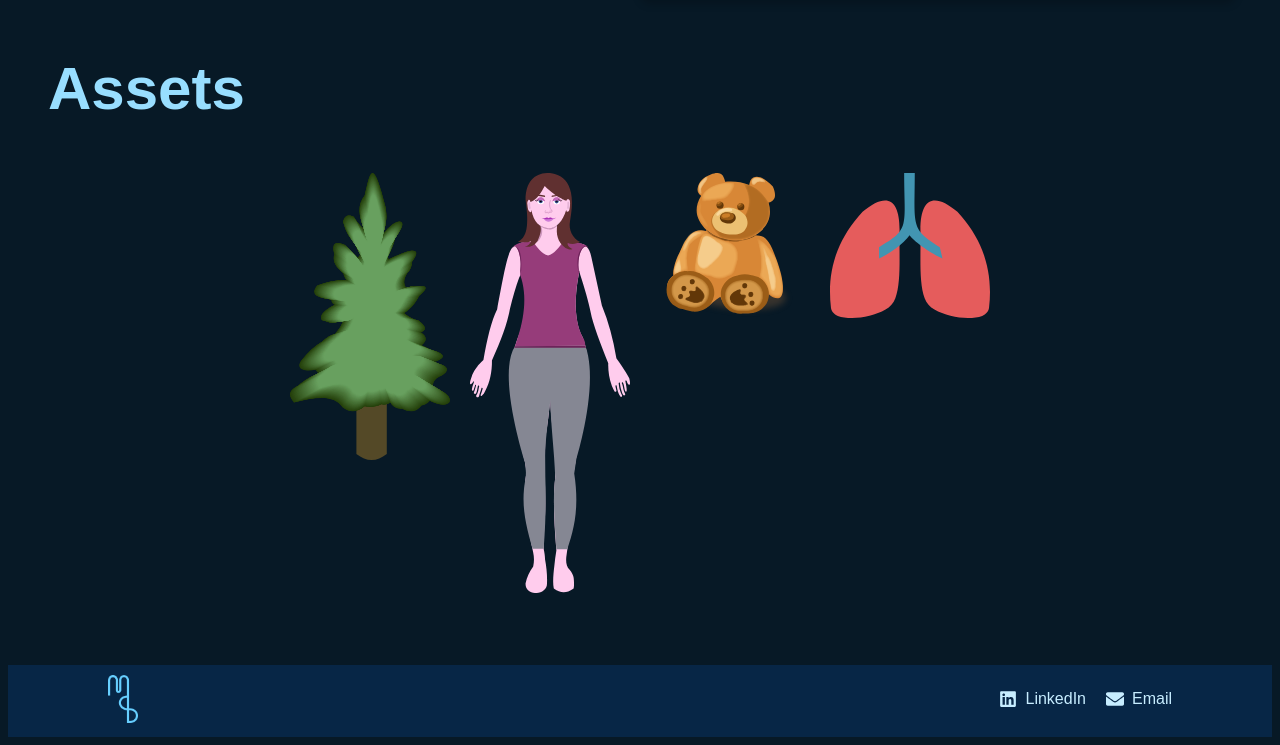
Repository: madelinestruthers/madeline-portfolio-site
Page: /Projects/motion-project
An editor plug-in stored every save of this project. The page is shown before and after the next save, followed by the edit.
The browser window is 1280 px wide. The pictures show the part of the page from y = 651 to 1396 px (the page is 1396 px tall).
The project was rebuilt for these pictures with package versions that can differ from the ones it lists, and the page was loaded fresh each time. The framework's server and built-in components were replaced by stand-ins that run in the browser. Also part of the build but not shown: next.config.mjs.

Above is the page before, as saved 2025-03-22 19:53:37.

After the next save:
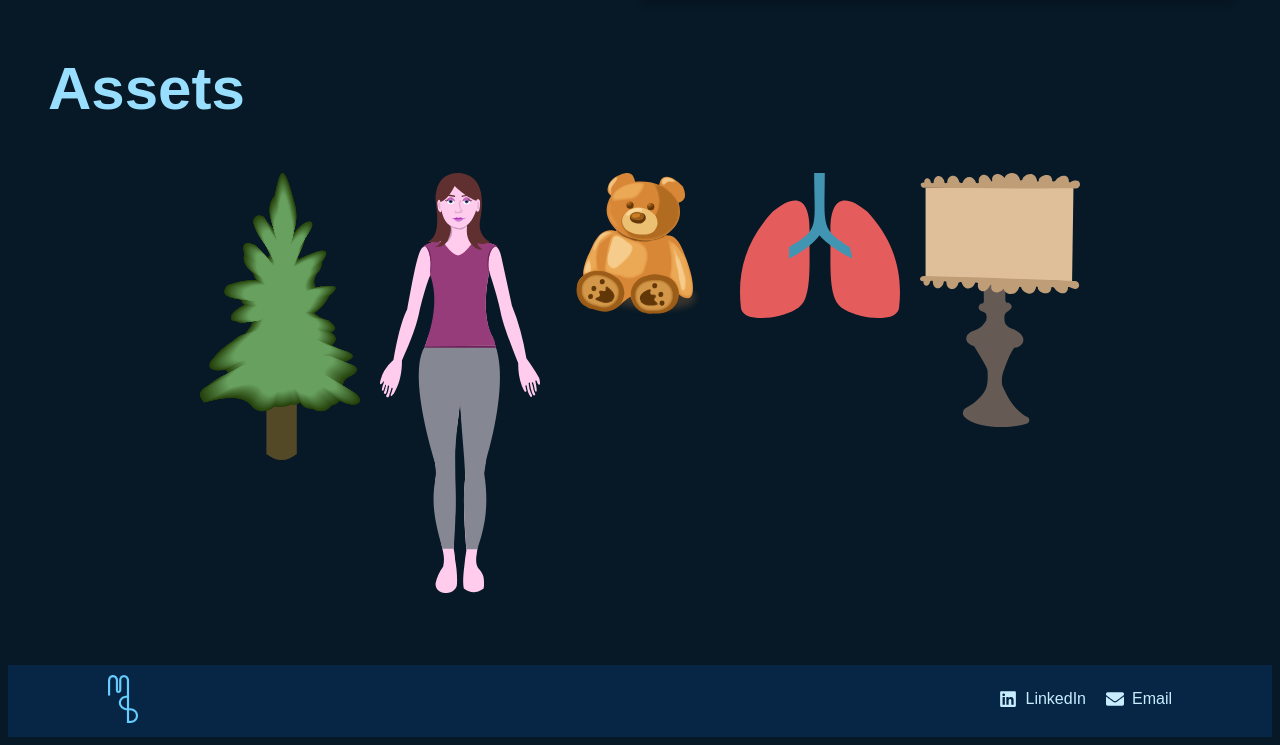
Saved 99 s later.
--- a/src/pages/Projects/motion-project.js
+++ b/src/pages/Projects/motion-project.js
@@ -41,6 +41,7 @@ export default function MotionProject() {
                         <Image src="/images/Asset1.svg" alt="Asset 1" width={150} height={150} className={styles.assetImage} />
                         <Image src="/images/Asset3.svg" alt="Asset 3" width={150} height={150} className={styles.assetImage} />
                         <Image src="/images/Asset4.svg" alt="Asset 1" width={150} height={150} className={styles.assetImage} />
+                        <Image src="/images/Asset5.svg" alt="Asset 1" width={150} height={150} className={styles.assetImage} />
                     </div>
                 </div>
             </main>
